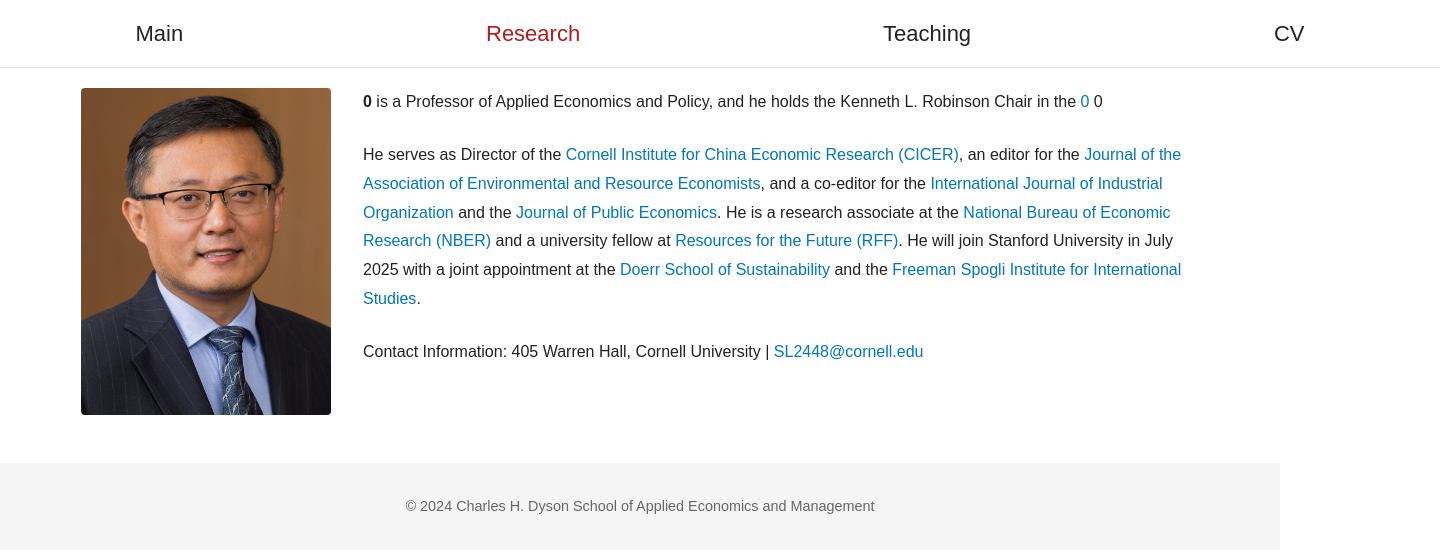
Repository: huang-heavenly-Emperor/k1_project
Page: research.html
The author's editor kept a copy of each file at every save. The page is drawn from the files as they stood at one save, then again after the next save.
The browser window is 1280 px wide. The page is 1440 px wide, so the pictures cover 1440 px, including what lies to the right of the window. The pictures show the whole page.

Above is the page before, as saved 2024-11-17 15:10:12.

### research.html
<!DOCTYPE html>
<html lang="en">
<head>
    <meta charset="UTF-8">
    <meta name="viewport" content="width=device-width, initial-scale=1.0">
    <title>Research - Cornell University</title>
    <link rel="stylesheet" href="reset.css">
    <link rel="stylesheet" href="common.css">
    <link rel="stylesheet" href="research.css">
</head>
<body>
    <header class="site-header">

        <nav class="main-nav">
            <div class="nav-container">
                <ul class="nav-list">
                    <li><a href="./index.html">Main</a></li>
                    <li><a href="./research.html" class="active">Research</a></li>
                    <li><a href="./teaching.html">Teaching</a></li>
                    <li><a href="./CV_ShanjunLi_Fall2024.pdf" target="_blank">CV</a></li>
                </ul>
            </div>
        </nav>
    </header>

    <main class="main-container">
        <article class="researcher-profile">
            <div class="profile-image">
                <img src="images/facpic_li.jpg" alt="Professor Profile Image">
            </div>
            <div class="profile-content">
                <section class="research-intro">
                    <p><strong>0</strong> is a Professor of Applied Economics and Policy, and he holds the Kenneth L. Robinson Chair in the <a href="#">0</a> 0</p>
                </section>

                <section class="current-positions">
                    <p>He serves as Director of the <a href="#">Cornell Institute for China Economic Research (CICER)</a>, an editor for the <a href="#">Journal of the Association of Environmental and Resource Economists</a>, and a co-editor for the <a href="#">International Journal of Industrial Organization</a> and the <a href="#">Journal of Public Economics</a>. He is a research associate at the <a href="#">National Bureau of Economic Research (NBER)</a> and a university fellow at <a href="#">Resources for the Future (RFF)</a>. He will join Stanford University in July 2025 with a joint appointment at the <a href="#">Doerr School of Sustainability</a> and the <a href="#">Freeman Spogli Institute for International Studies</a>.</p>
                </section>

                <section class="contact-info">
                    <p>Contact Information: 405 Warren Hall, Cornell University | <a href="mailto:SL2448@cornell.edu">SL2448@cornell.edu</a></p>
                </section>
            </div>
        </article>
    </main>

    <footer class="footer">
        <div class="footer-container">
            <p>© 2024 Charles H. Dyson School of Applied Economics and Management</p>
        </div>
    </footer>
    <script>
        function openCV() {
            window.open('./CV_ShanjunLi_Fall2024.pdf', '_blank');
            // 这里可以添加全屏阅读器的逻辑
        }
    </script>
</body>
</html>

### reset.css
*, *::before, *::after {
    margin: 0;
    padding: 0;
    box-sizing: border-box;
}

html, body {
    height: 100%;
    font-size: 16px;
    line-height: 1.5;
    -webkit-font-smoothing: antialiased;
    -moz-osx-font-smoothing: grayscale;
}

body {
    font-family: Arial, sans-serif;
    color: #333;
}

ul, ol {
    list-style: none;
}

a {
    text-decoration: none;
    color: inherit;
}

img {
    max-width: 100%;
    height: auto;
    display: block;
}

button, input, select, textarea {
    font: inherit;
    color: inherit;
}

h1, h2, h3, h4, h5, h6 {
    font-size: inherit;
    font-weight: inherit;
}

### common.css
.site-header {
  position: relative;
  width: 1440px;
  height: max-content;
  margin: 0 auto 20px;
  overflow: hidden;
}

.banner {
  height: 320px;
  overflow: hidden;
  position: relative;
}

.banner img {
  width: 100%;
  height: 100%;
  object-fit: cover;
}

nav {
  background-color: var(--background-color);
  border-bottom: 1px solid var(--border-color);
}

nav ul {
  display: flex;
  justify-content: space-around;
  align-items: center;
  gap: 2rem;
  padding: 1rem 0;
  list-style: none;
}

nav a {
  text-decoration: none;
  color: var(--text-color);
  font-weight: 500;
  font-size: 22px;
  padding: 0.5rem 0;
  transition: color 0.3s;
}

nav a:hover,
nav a.active {
  color: var(--primary-color);
}

@media (max-width: 768px) {
    .site-header {
        width: 100%;
    }

    nav ul {
        flex-direction: column;
        align-items: center;
    }

    nav a {
        font-size: 18px;
    }
}

### research.css
:root {
  --primary-color: #B31B1B;
  --text-color: #222;
  --link-color: #0076BB;
  --background-color: #fff;
  --border-color: #e5e5e5;
}

body {
  font-family: Arial, sans-serif;
  line-height: 1.6;
  color: var(--text-color);
  background-color: var(--background-color);
}

.main-container {
  max-width: 1150px;
  margin: 0 auto;
  padding: 0 1rem;
  box-sizing: border-box;

}


.researcher-profile {
  display: grid;
  grid-template-columns: 250px 1fr;
  gap: 2rem;

}

.profile-image img {
  width: 100%;
  border-radius: 4px;
}

.profile-content {
  display: flex;
  flex-direction: column;
  gap: 1.5rem;
}

.research-intro,
.current-positions,
.contact-info {
  line-height: 1.8;
}

a {
  color: var(--link-color);
  text-decoration: none;
  transition: color 0.3s;
}

a:hover {
  color: var(--primary-color);
}

.footer {
  background-color: #f5f5f5;
  padding: 2rem 0;
  margin-top: 3rem;
  text-align: center;
  font-size: 0.9rem;
  color: #666;
}

@media (max-width: 768px) {
  .researcher-profile {
    grid-template-columns: 1fr;
  }

  .profile-image {
    max-width: 100%;
    margin: 0 auto;
  }

  .nav-list {
    flex-direction: column;
    align-items: center;
  }

  nav a {
    font-size: 18px;
  }
}

@media (max-width: 480px) {
  .banner {
    height: 200px;
  }
}

After the next save:
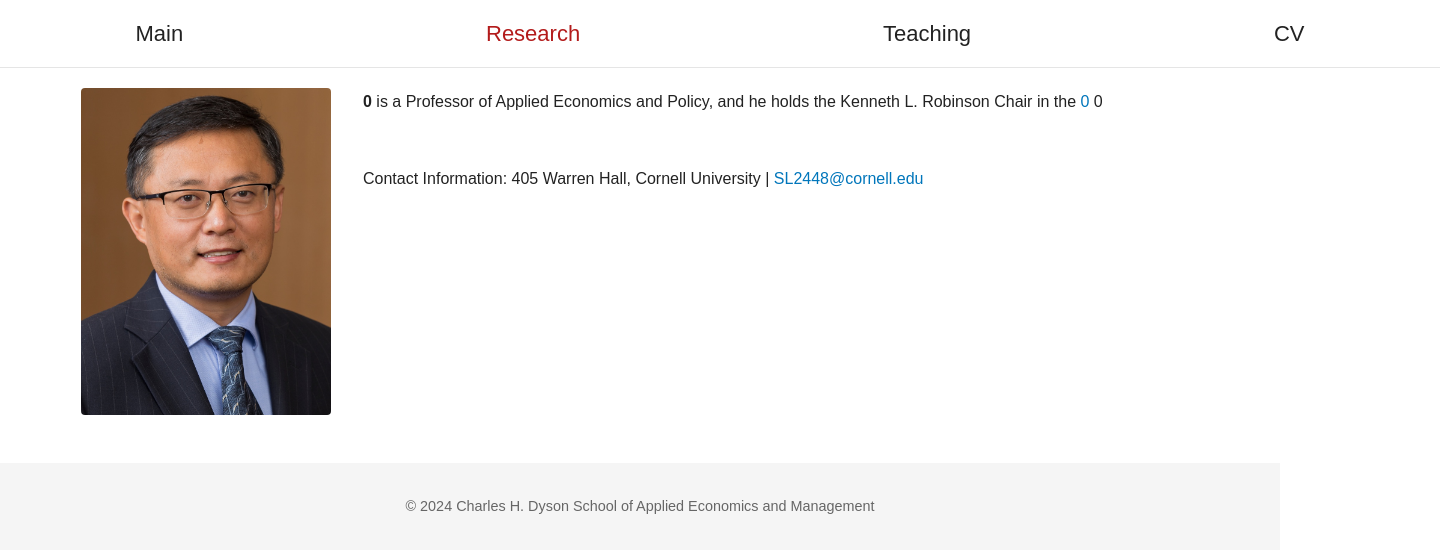
Saved 13 s later.
--- a/research.html
+++ b/research.html
@@ -34,7 +34,7 @@
                 </section>
 
                 <section class="current-positions">
-                    <p>He serves as Director of the <a href="#">Cornell Institute for China Economic Research (CICER)</a>, an editor for the <a href="#">Journal of the Association of Environmental and Resource Economists</a>, and a co-editor for the <a href="#">International Journal of Industrial Organization</a> and the <a href="#">Journal of Public Economics</a>. He is a research associate at the <a href="#">National Bureau of Economic Research (NBER)</a> and a university fellow at <a href="#">Resources for the Future (RFF)</a>. He will join Stanford University in July 2025 with a joint appointment at the <a href="#">Doerr School of Sustainability</a> and the <a href="#">Freeman Spogli Institute for International Studies</a>.</p>
+                    <!-- <p>He serves as Director of the <a href="#">Cornell Institute for China Economic Research (CICER)</a>, an editor for the <a href="#">Journal of the Association of Environmental and Resource Economists</a>, and a co-editor for the <a href="#">International Journal of Industrial Organization</a> and the <a href="#">Journal of Public Economics</a>. He is a research associate at the <a href="#">National Bureau of Economic Research (NBER)</a> and a university fellow at <a href="#">Resources for the Future (RFF)</a>. He will join Stanford University in July 2025 with a joint appointment at the <a href="#">Doerr School of Sustainability</a> and the <a href="#">Freeman Spogli Institute for International Studies</a>.</p> -->
                 </section>
 
                 <section class="contact-info">

After the 3 saves that followed:
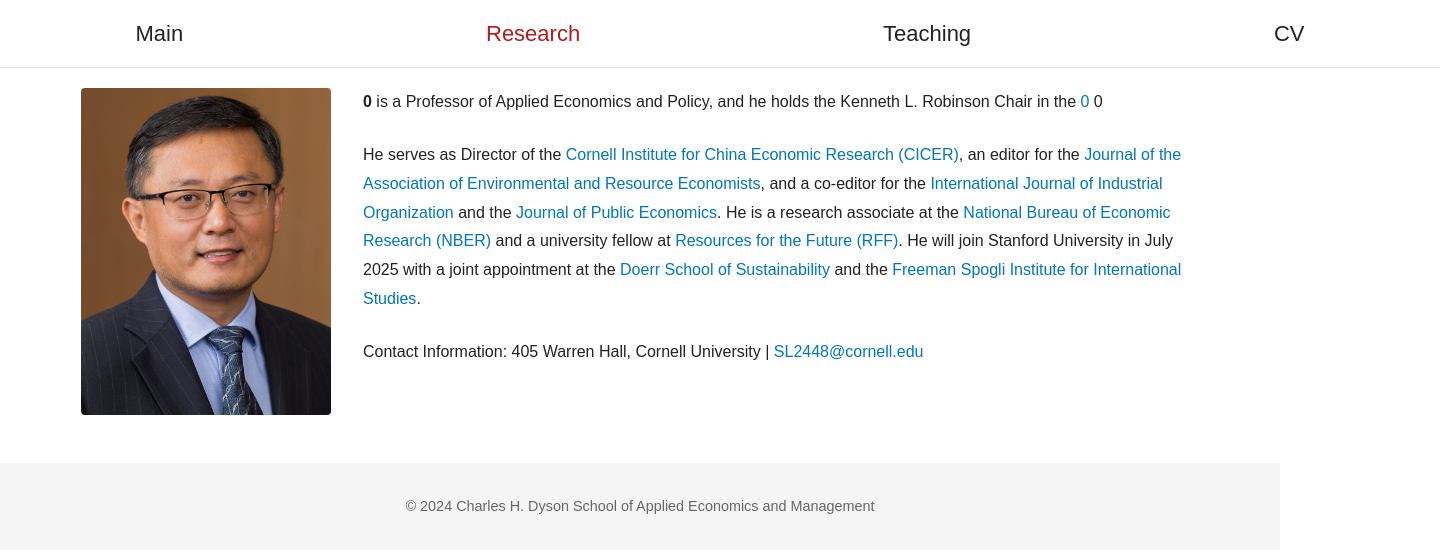
The 3 saves are shown as one change because they came seconds apart.
The last was saved 12 s later.
--- a/research.html
+++ b/research.html
@@ -35,6 +35,7 @@
 
                 <section class="current-positions">
                     <!-- <p>He serves as Director of the <a href="#">Cornell Institute for China Economic Research (CICER)</a>, an editor for the <a href="#">Journal of the Association of Environmental and Resource Economists</a>, and a co-editor for the <a href="#">International Journal of Industrial Organization</a> and the <a href="#">Journal of Public Economics</a>. He is a research associate at the <a href="#">National Bureau of Economic Research (NBER)</a> and a university fellow at <a href="#">Resources for the Future (RFF)</a>. He will join Stanford University in July 2025 with a joint appointment at the <a href="#">Doerr School of Sustainability</a> and the <a href="#">Freeman Spogli Institute for International Studies</a>.</p> -->
+                    <p>He serves as Director of the <a href="#">Cornell Institute for China Economic Research (CICER)</a>, an editor for the <a href="#">Journal of the Association of Environmental and Resource Economists</a>, and a co-editor for the <a href="#">International Journal of Industrial Organization</a> and the <a href="#">Journal of Public Economics</a>. He is a research associate at the <a href="#">National Bureau of Economic Research (NBER)</a> and a university fellow at <a href="#">Resources for the Future (RFF)</a>. He will join Stanford University in July 2025 with a joint appointment at the <a href="#">Doerr School of Sustainability</a> and the <a href="#">Freeman Spogli Institute for International Studies</a>.</p>
                 </section>
 
                 <section class="contact-info">
